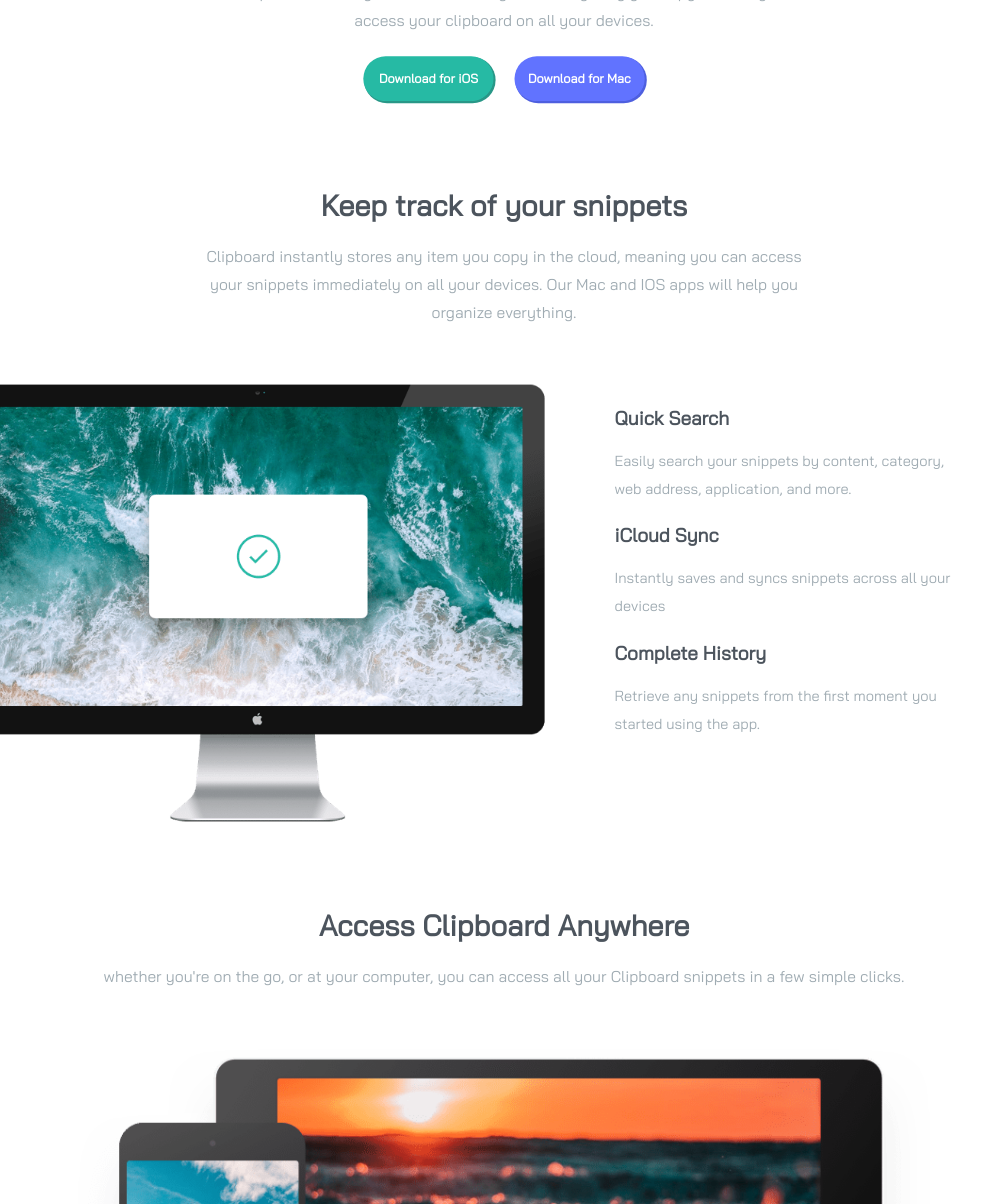
Repository: mikempho/Clipboard-landing-page
Page: index.html
These files come from the project's save history. The page is drawn as it stood at one moment and after the next save; the edit follows.
The browser window is 1440 px wide. The pictures show the part of the page from y = 499 to 2219 px (the page is 5708 px tall), at 70% of full size.

Above is the page before, as saved 2022-04-12 08:17:54.

### index.html
<!DOCTYPE html>
<html lang="en">
  <head>
    <meta charset="UTF-8">
    <meta name="viewport" content="width=device-width, initial-scale=1.0"> <!-- displays site properly based on user's device -->

    <link rel="icon" type="image/png" sizes="32x32" href="./images/favicon-32x32.png">
    <link rel="stylesheet" href="/css/style.css">

    <title>Frontend Mentor | Clipboard landing page</title>

  </head>
  <body>
    <header class="header">
      <img class="logo" src="/images/logo.svg" alt="">
    </header>
    <main>
      <section class="hero">
        <h1>A history of  everything you copy</h1>
        <p>Clipboard allows you to track and organize everything you copy, instantly access your clipboard on all your devices.</p>
        <div class="buttons">
          <a class="iOS-btn" href="#">Download for iOS</a>
          <a class="mac-btn" href="#">Download for Mac</a>
        </div>
      </section>
      <section class="section-1">
        <h2 class="desktop-pad">Keep track of your  snippets</h2>
        <p class="desktop-pad">Clipboard instantly stores any item you copy in the cloud, meaning you can access your snippets immediately on all your devices. Our Mac and IOS apps will help you organize everything.</p>
        <div class="features">
          <img class="feature-img" src="/images/image-computer.png" alt="desktop-screen">
          <ul class="list-of-features">
            <li>
              <h3>Quick Search</h3>
              <p>Easily search your snippets by content, category, web address, application, and more.</p>
            </li>
            <li>
              <h3>iCloud Sync</h3>
              <p>Instantly saves and syncs snippets across all your devices</p>
            </li>
            <li>
              <h3>Complete History</h3>
              <p>Retrieve any snippets from the first moment you started using the app.</p>
            </li>
          </ul>
        </div>
      </section>
      <section class="section-2">
        <h2>Access Clipboard Anywhere</h2>
        <p>whether you're on the go, or at your computer, you can access all your Clipboard snippets in a few simple clicks.</p>
        <img class="mobile-tablet-screen" src="/images/image-devices.png" alt="mobile-tablet-screen">
      </section>
      <section class="section-3">
        <h2>Supercharge your  workflow</h2>
        <p>We've got the tools to boost your productivity.</p>
        <div>
          <ul class="list-of-features">
            <li>
              <img class="feature-icons" src="/images/icon-blacklist.svg" alt="paper-img">
              <h3>Create blacklists</h3>
              <p>Ensure sensitive information never makes its way to your clipboard by excluding certain sources.</p>
            </li>
            <li>
              <img class="feature-icons" src="/images/icon-text.svg" alt="AI-logo-img">
              <h3>Plain text snippets</h3>
              <p>Remove unwanted formatting from copied text for a consistent look.</p>
            </li>
            <li>
              <img class="feature-icons" src="/images/icon-preview.svg" alt="eye-img">
              <h3>Sneak preview</h3>
              <p>Quick preview of all snippets on your Clipboard for easy access.</p>
            </li>
          </ul>
        </div>
      </section>
      <section class="section-4">
        <ul class="company-logos">
          <li><img src="/images/logo-google.png" alt="google-logo"></li>
          <li><img src="/images/logo-ibm.png" alt="IBM-logo"></li>
          <li><img src="/images/logo-microsoft.png" alt="microsoft-logo"></li>
          <li><img src="/images/logo-hp.png" alt="hewlett-packard-enterprise-logo"></li>
          <li><img src="/images/logo-vector-graphics.png" alt="vector-graphics-logo"></li>
        </ul>
      </section>
      <section class="section-5">
        <h2>Clipboard for iOS and Mac OS</h2>
        <p>Available for free on the App store. Download for Mac or iOS, sync with iCloud and you're ready to start adding to your clipboard.</p>
        <div class="buttons">
          <a class="iOS-btn" href="">Download for iOS</a>
          <a class="mac-btn" href="">Download for Mac</a>
        </div>
      </section>
    </main>

    <footer>
      <div class="footer">
        <img class="footer-logo" src="/images/logo.svg" alt="logo">
        <ul class="footer-menu">
          <li><a href="#">FAQs</a></li>
          <li><a href="#">Contact Us</a></li>
          <li><a href="#">Privacy Policy</a></li>
          <li><a href="#">Press Kit</a></li>
          <li><a href="#">Install Guide</a></li>
        </ul>
        <ul class="social-links">
          <li><a href="https://www.facebook.com" target="_blank"><img src="/images/icon-facebook.svg" alt=""></a></li>
          <li><a href="https://www.twitter.com" target="_blank"><img src="/images/icon-twitter.svg" alt=""></a></li>
          <li><a href="https://www.instagram.com" target="_blank"><img src="/images/icon-instagram.svg" alt=""></a></li>
        </ul>
      </div>
      <p class="attribution">
        Challenge by <a href="https://www.frontendmentor.io?ref=challenge" target="_blank">Frontend Mentor</a>.
        Coded by <a href="#">Mike Matseane</a>.
      </p>
    </footer>
  </body>
</html>

### css/style.css
/* Mobile styling */

/* Universal styling */
body {
    margin: 0;
    padding: 0;
    text-align: center;
    Font-size: 18px;
    font-family: Bai-Jamjuree;
    line-height: 40px;
}

* {
    list-style: none;
    text-decoration: none;
}

:root {
    /* Primary colors */
    --Strong-Cyan: hsl(171, 66%, 44%);
    --Light-Blue: hsl(233, 100%, 69%);
    /* Neutral colors */
    --Dark-Grayish-Blue: hsl(210, 10%, 33%);
    --Grayish-Blue: hsl(201, 11%, 66%);
    /* Spacing */
    --container-padding: 4%;
}

@font-face {
    font-family: Bai-Jamjuree;
    src: url(/Assets/Fonts/Bai_Jamjuree/BaiJamjuree-Regular.ttf);
}

h1, h2, h3{
    color: var(--Dark-Grayish-Blue);
}

p {
    color: var(--Grayish-Blue);
}

/* header section */

.header {
    background-image: url(/images/bg-header-mobile.png);
    background-repeat: no-repeat;
    background-size: cover;
}

.logo {
    margin: 8rem 0 5rem 0;
}

/* hero section */
.hero, .section-5{
    padding-left: var(--container-padding);
    padding-right: var(--container-padding);
    margin-bottom: 8rem;
}

.buttons{
    margin-top: 2rem;
}
.buttons a {
    display: inline-block;
    padding: 12px 15px;
    width: 92%;
    margin: 12px 0;
    color: white;
    border-radius: 50px;
    font-weight: 600;
}

.iOS-btn {
    background-color: var(--Strong-Cyan);
    box-shadow: 2px 2px 0px 1px rgba(17, 140, 122, 0.9);

}

.mac-btn {
    background-color: var(--Light-Blue);
    box-shadow: 2px 2px 0px 1px rgba(37, 58, 216, 0.81);

}

/* Section-1 */

.section-1 {
    padding-left: var(--container-padding);
    padding-right: var(--container-padding);
    margin-bottom: 8rem;
}

.feature-img, .mobile-tablet-screen {
    margin-top: 60px;
    width: 92%;
}

/* Section-2 */

.section-2 {
    padding-left: var(--container-padding);
    padding-right: var(--container-padding);    margin-bottom: 8rem;
}

/* Section-3 */
.section-3 {
    padding-left: var(--container-padding);
    padding-right: var(--container-padding);
    margin-bottom: 8rem;
}

.feature-icons {
    margin-top: 30px;
}

.list-of-features {
    margin-top: 60px;
    padding: 0%;
}

/* Section 4 */

.section-4 {
    margin-bottom: 8rem;
}

.company-logos{
    padding:0%;
}

.company-logos li {
    padding-top: 50px;
}

/* footer section */
.footer {
    background-color: rgb(244, 244, 244);
    padding-top: 60px;
}

.footer-logo {
    width: 15%;
}

.footer-menu, .social-links {
    padding: 0;
    margin-bottom: 30px;
    font-weight: 600;
}

.footer-menu li {
    padding-top: 25px;
}

.social-links {
    display: flex;
    justify-content: center;
    align-items: center;
    margin: 0%;
}

.footer-menu a {
    color: var(--Grayish-Blue);
}

.social-links li {
    padding: 10px 20px 40px 20px;
}

.attribution a {
    color: aliceblue;
}

.attribution {
    margin: 0%;
    color: aliceblue;
    background-color: var(--Dark-Grayish-Blue);
    padding: 1rem 0;
}

/* Responsive - Desktop Styling */

@media (min-width: 1440px) {
    :root {
        --desktop-container: 23%;
    }

    h1{
        font-size: 3rem;
    }

    h2 {
        font-size: 2.6rem;
    }

    h3{
        font-size: 2rem;
    }

    p {
        font-size: 1.4rem;
    }
    /* header section */
    .header {
        background-image: url(/images/bg-header-desktop.png);
    }

    /* hero section */
    .hero, .section-5 {
        padding-left: var(--desktop-container);
        padding-right: var(--desktop-container);
    }

    .buttons {
        display: flex;
        justify-content: center;
    }

    .buttons a {
        width: 20%;
        margin: 0 15px;
    }

    /* section 1 */
    .section-1 .desktop-pad {
        padding: 0 17%;
    }

    .features {
        display: flex;
        font-size: 0.1rem;
    }

    .feature-img {
        position: relative;
        right: 100px;
        width: 100%;
    }

    .list-of-features {
        text-align: left;
    }

    .list-of-features h3 {
        font-size: 1.7rem;
        padding: 0%;
        margin-bottom: 0px;
    }
    .list-of-features p {
        font-size: 1.3rem;
        padding: 0%;
        margin-bottom: 0px;
    }
}

After the next save:
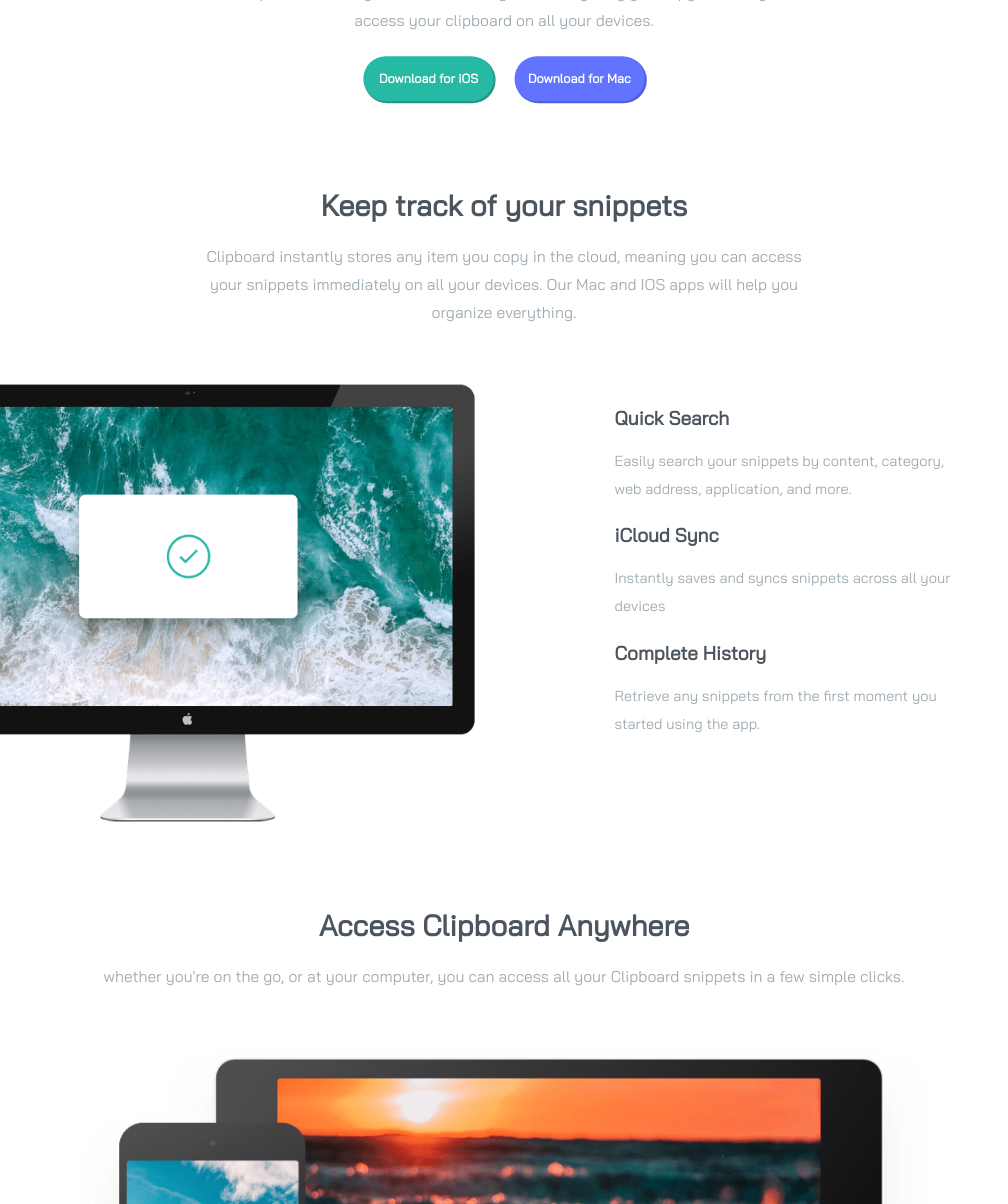
Saved 6 s later.
--- a/css/style.css
+++ b/css/style.css
@@ -234,7 +234,7 @@
 
     .feature-img {
         position: relative;
-        right: 100px;
+        right: 200px;
         width: 100%;
     }
 
